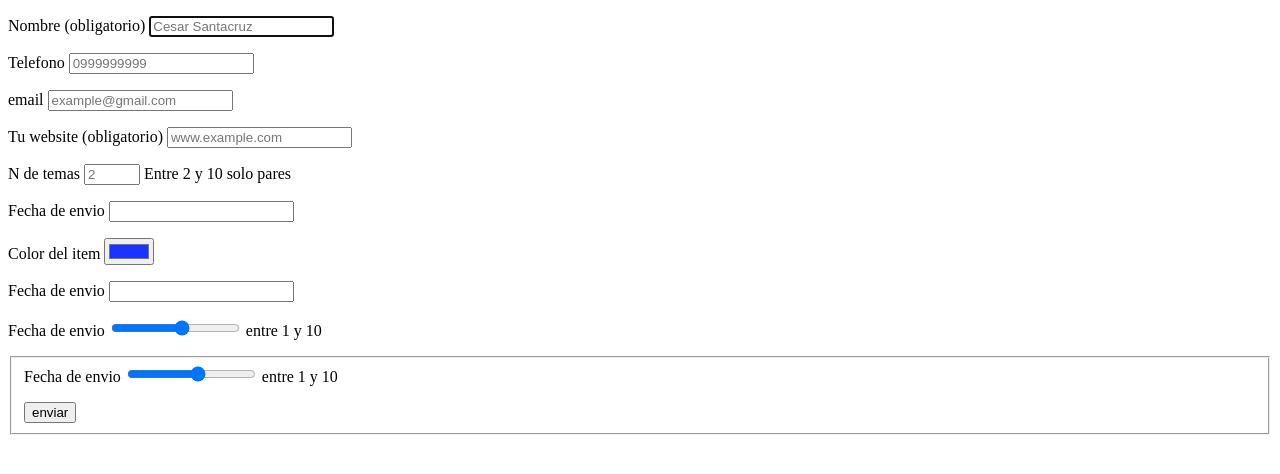
Repository: cesarsant0203/My_Study
Page: Introducción al desarrollo web/formulario.html
These files come from the project's save history. The page is drawn as it stood at one moment and after the next save; the edit follows.
The browser window is 1280 px wide. The pictures show the whole page.

Above is the page before, as saved 2020-04-27 19:45:47.

After the next save:
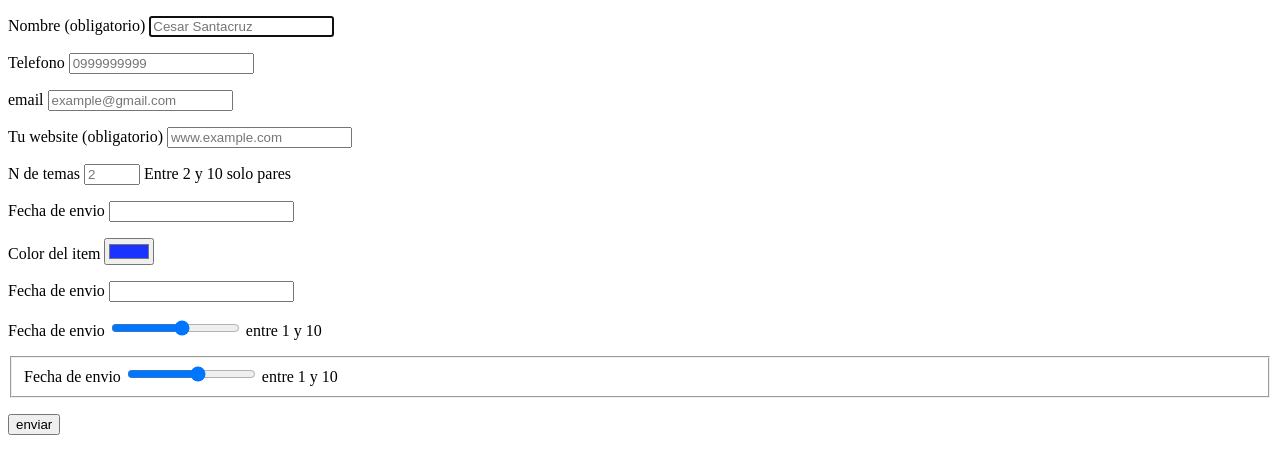
Saved 4 s later.
--- a/Introducción al desarrollo web/formulario.html
+++ b/Introducción al desarrollo web/formulario.html
@@ -68,7 +68,7 @@
         <fieldset>
             <label for="points"> Fecha de envio</label>
             <input type="range" name="points" id="points" min="1" max="10"> entre 1 y 10
-        </fileset>
+        </fieldset>
         </p>
         <input type="submit" value="enviar">
 
